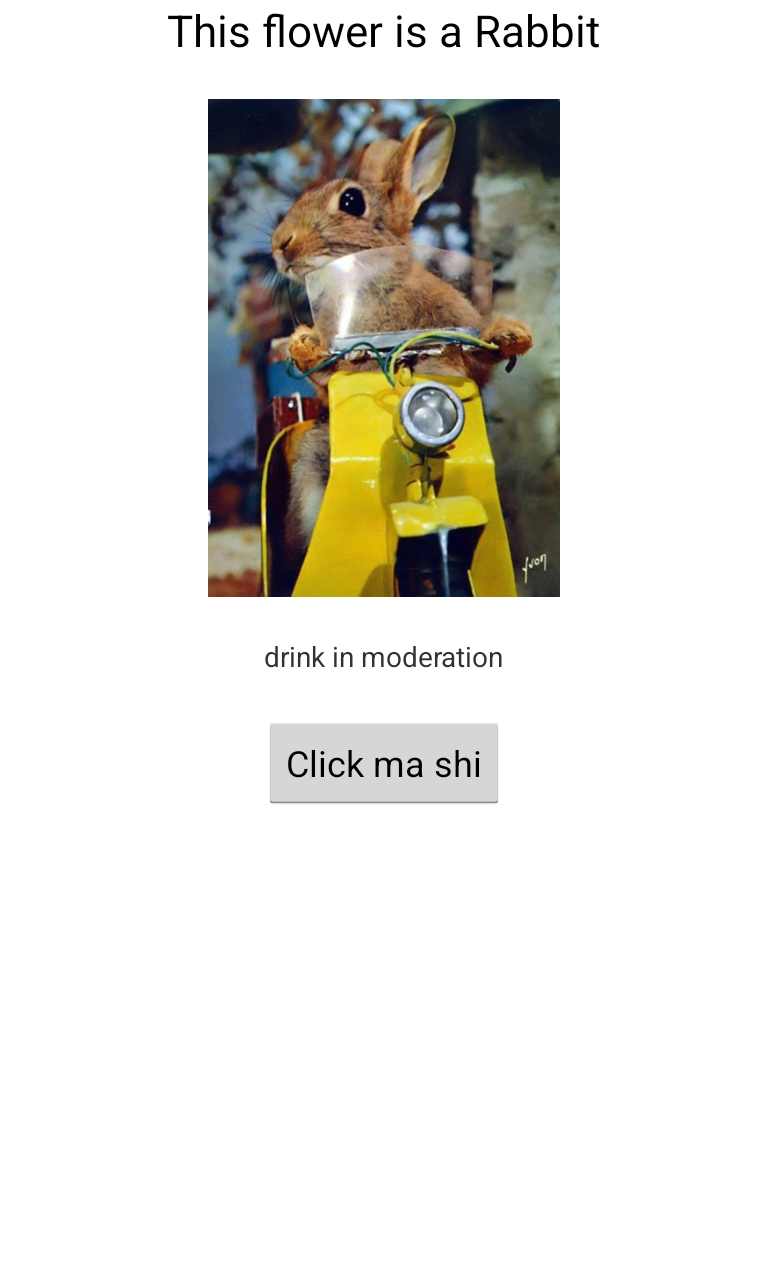
Repository: jonathansparks/Always-On-Always-Connected
Layout: ExplicitIntent/res/layout/activity_main.xml
An editor plug-in stored every save of this project. The layout is shown before and after the next save, followed by the edit.
It is drawn on a 768 x 1280 px phone screen (xhdpi) without system bars, with theme AppTheme; the app's code is not run.

Above is the layout before, as saved 2014-02-15 18:03:20.

### ExplicitIntent/res/layout/activity_main.xml
<LinearLayout xmlns:android="http://schemas.android.com/apk/res/android"
    android:layout_width="fill_parent"
    android:layout_height="fill_parent"
    android:orientation="vertical"
    android:gravity="center_horizontal"
    android:layout_margin="@dimen/activity_horizontal_margin">

    <TextView
        android:id="@+id/textView1"
        android:layout_width="wrap_content"
        android:layout_height="wrap_content"
        android:text="@string/flower"
        android:textAppearance="?android:attr/textAppearanceLarge"
        android:layout_marginBottom="20dp"
         />

    <ImageView
        android:id="@+id/imageView1"
        android:layout_width="184dp"
        android:layout_height="249dp"
        android:layout_marginBottom="20dp"
        android:src="@drawable/rabbit_vespa" />

    <TextView
        android:id="@+id/textView2"
        android:layout_width="wrap_content"
        android:layout_height="wrap_content"
        android:text="@string/instructions"
        android:layout_marginLeft="30dp"
        android:layout_marginRight="30dp"
        android:layout_marginBottom="20dp" />

    <Button
        android:id="@+id/button1"
        android:layout_width="wrap_content"
        android:layout_height="wrap_content"
        android:text="Click ma shi"
        android:onClick="goToActivity"/>

</LinearLayout>

### ExplicitIntent/res/values/strings.xml
<?xml version="1.0" encoding="utf-8"?>
<resources>


    <string name="action_settings">Settings</string>
    <string name="hello_world">Hello world!</string>
	   <string name="app_name">Explicit Intent</string>
    <string name="flower">This flower is a Rabbit</string>
    <string name="instructions">drink in moderation</string>

</resources>

Loaded but not shown: ExplicitIntent/res/values/styles.xml (common file); ExplicitIntent/res/values-v11/styles.xml (common file); ExplicitIntent/res/values-v14/styles.xml (common file); ExplicitIntent/res/values/dimens.xml (common file)

After the next save:
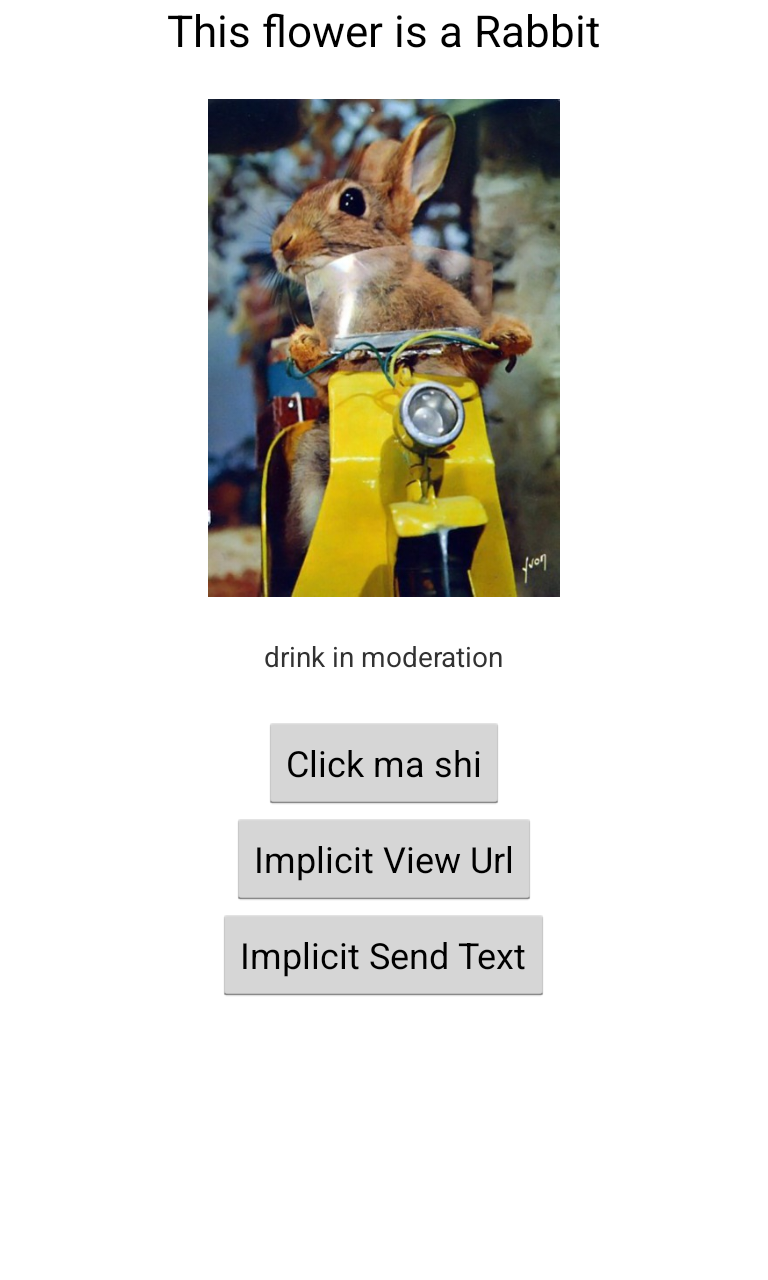
Saved 71 min 35 s later.
--- a/ExplicitIntent/res/layout/activity_main.xml
+++ b/ExplicitIntent/res/layout/activity_main.xml
@@ -37,4 +37,20 @@
         android:text="Click ma shi"
         android:onClick="goToActivity"/>
 
+    <Button
+        android:id="@+id/button2"
+        android:layout_width="wrap_content"
+        android:layout_height="wrap_content"
+        android:text="Implicit View Url"
+        android:onClick="implicitViewUrl"/>
+
+    <Button
+        android:id="@+id/button3"
+        android:layout_width="wrap_content"
+        android:layout_height="wrap_content"
+        android:text="Implicit Send Text"
+        android:onClick="implicitSendText"/>
+
+
+
 </LinearLayout>
